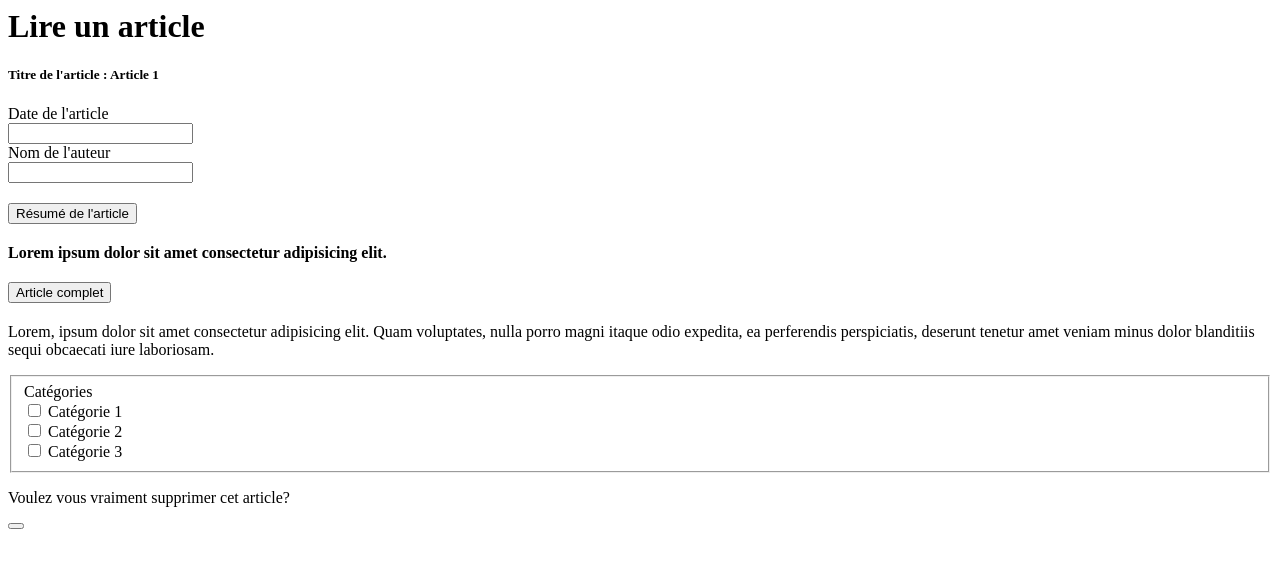
Repository: WebFormP/NewsWeb_PHP
Page: http://localhost/admin/supprimerArticle.php
An editor plug-in stored every save of this project. The page is shown before and after the next save, followed by the edit.
The browser window is 1280 px wide. The pictures show the whole page.
The page is run by PHP 8.4 with error messages shown; the project is at /var/www/html/.

Above is the page before, as saved 2022-01-20 13:59:40.

### admin/supprimerArticle.php
<div class="container">
    <h1 class="col-12">Lire un article</h1>

    <h5>Titre de l'article : Article 1</h5>
    <div class="row">
        <div class="mb-3 row col-6">
            <label for="titreArticle" class="col-form-label col-4">Date de l'article</label>
            <div class="col-8">
                <input type="text" class="form-control" id="titreArticle" name="titreArticle">
            </div>
        </div>
        <div class="mb-3 row col-6">
            <label for="nomAuteur" class="col-form-label col-4">Nom de l'auteur</label>
            <div class="col-8">
                <input type="text" class="form-control" id="nomAuteur" name="nomAuteur">
            </div>
        </div>
    </div>

    <div class="accordion" id="accordionExample">
        <div class="accordion-item">
            <h2 class="accordion-header" id="headingOne">
                <button class="accordion-button" type="button" data-bs-toggle="collapse" data-bs-target="#collapseOne" aria-expanded="true" aria-controls="collapseOne">
                    Résumé de l'article
                </button>
            </h2>
            <div id="collapseOne" class="accordion-collapse collapse show" aria-labelledby="headingOne" data-bs-parent="#accordionExample">
                <div class="accordion-body">
                    <strong>Lorem ipsum dolor sit amet consectetur adipisicing elit.</strong>
                </div>
            </div>
        </div>
        <div class="accordion-item">
            <h2 class="accordion-header" id="headingTwo">
                <button class="accordion-button collapsed" type="button" data-bs-toggle="collapse" data-bs-target="#collapseTwo" aria-expanded="false" aria-controls="collapseTwo">
                    Article complet
                </button>
            </h2>
            <div id="collapseTwo" class="accordion-collapse collapse" aria-labelledby="headingTwo" data-bs-parent="#accordionExample">
                <div class="accordion-body">
                    <p>Lorem, ipsum dolor sit amet consectetur adipisicing elit. Quam voluptates, nulla porro magni itaque odio expedita, ea perferendis perspiciatis, deserunt tenetur amet veniam minus dolor blanditiis sequi obcaecati iure laboriosam.</p>
                </div>
            </div>
        </div>
    </div>

    <fieldset name="categ" legend="Catégories" class="border p-3 rounded mb-3">
        <label class="form-label">Catégories</label>
        <br />
        <div class="form-check form-check-inline">
            <input class="form-check-input" type="checkbox" id="inlineCheckbox1" value="option1" name="categories">
            <label class="form-check-label" for="inlineCheckbox1">Catégorie 1</label>
        </div>
        <div class="form-check form-check-inline">
            <input class="form-check-input" type="checkbox" id="inlineCheckbox2" value="option2" name="categories">
            <label class="form-check-label" for="inlineCheckbox2">Catégorie 2</label>
        </div>
        <div class="form-check form-check-inline">
            <input class="form-check-input" type="checkbox" id="inlineCheckbox2" value="option3" name="categories">
            <label class="form-check-label" for="inlineCheckbox2">Catégorie 3</label>
        </div>
    </fieldset>

    <div>
        <p>Voulez vous vraiment supprimer cet article?</p>
        <button></button>
    </div>
</div>

After the next save:
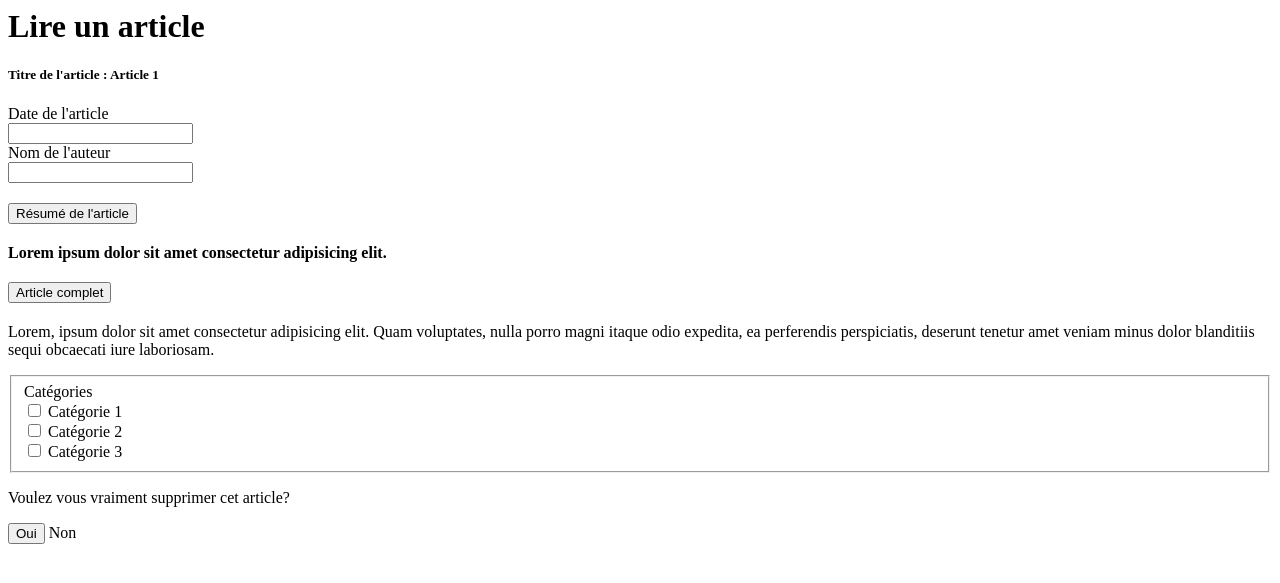
Saved 14 s later.
--- a/admin/supprimerArticle.php
+++ b/admin/supprimerArticle.php
@@ -63,6 +63,7 @@
 
     <div>
         <p>Voulez vous vraiment supprimer cet article?</p>
-        <button></button>
+        <button>Oui</button>
+        <a>Non</a>
     </div>
 </div>
